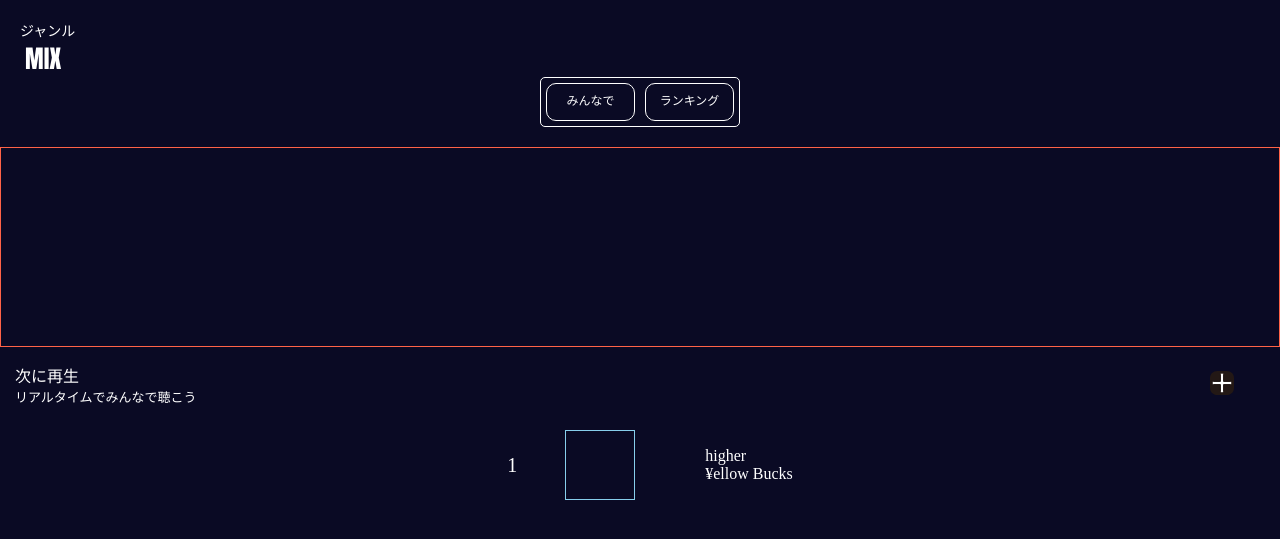
Repository: FujieRyou/2024_team
Page: /LoggedIn
An editor plug-in stored every save of this project. The page is shown before and after the next save, followed by the edit.
The browser window is 1280 px wide. The pictures show the whole page.
The project was rebuilt for these pictures with package versions that can differ from the ones it lists, and the page was loaded fresh each time. The framework's server and built-in components were replaced by stand-ins that run in the browser. Also part of the build but not shown: next.config.js.

Above is the page before, as saved 2024-01-10 11:19:29.

### src/pages/_app.jsx
import "@/styles/ress.css"
import '@/styles/index.css'

export default function App({ Component, pageProps }) {
  return <Component {...pageProps} />
}

### src/pages/LoggedIn.jsx
import React from 'react'

function LoggedIn (){
    return(
    <div id="container_wrap">
        <header>
            <div id="genre_wrap">ジャンル</div>
            <div id="mix_wrap">MIX</div>
            <div id="btn">
                <div class="everyone">みんなで</div>
                <div class="ranking">ランキング</div>
            </div>
        </header>
        <div id="main_img">
            <div class="scrollContent">
                <div class="scrollWrap">
                </div>
            </div>

        </div>
        <div id="maincontent_wrap">
            <div id="addition_wrap">
                    <p className='addition'>次に再生<br/><span>リアルタイムでみんなで聴こう</span></p>
                    <a href="">
                        <img src="./img/plusBtn.svg" alt="" />
                    </a>
            </div>
            <div id="songContent_wrap">
                <p class="song_num">1</p>
                <div id="song_wrap">
                    <div id="singer_wrap">
                        <p class="songtitle">higher</p>
                        <p class="singer">¥ellow Bucks</p>
                    </div>
                    <div class="song_img">
                    </div>
                </div>
            </div>
        </div>
    </div>
    )
}

export default LoggedIn

### src/styles/ress.css
/*!
 * ress.css • v4.0.0
 * MIT License
 * github.com/filipelinhares/ress
 */

/* # =================================================================
   # Global selectors
   # ================================================================= */

   html {
    box-sizing: border-box;
    -webkit-text-size-adjust: 100%; /* Prevent adjustments of font size after orientation changes in iOS */
    word-break: normal;
    -moz-tab-size: 4;
    tab-size: 4;
  }

  *,
  ::before,
  ::after {
    background-repeat: no-repeat; /* Set `background-repeat: no-repeat` to all elements and pseudo elements */
    box-sizing: inherit;
  }

  ::before,
  ::after {
    text-decoration: inherit; /* Inherit text-decoration and vertical align to ::before and ::after pseudo elements */
    vertical-align: inherit;
  }

  * {
    padding: 0; /* Reset `padding` and `margin` of all elements */
    margin: 0;
  }

  /* # =================================================================
     # General elements
     # ================================================================= */

  hr {
    overflow: visible; /* Show the overflow in Edge and IE */
    height: 0; /* Add the correct box sizing in Firefox */
    color: inherit; /* Correct border color in Firefox. */
  }

  details,
  main {
    display: block; /* Render the `main` element consistently in IE. */
  }

  summary {
    display: list-item; /* Add the correct display in all browsers */
  }

  small {
    font-size: 80%; /* Set font-size to 80% in `small` elements */
  }

  [hidden] {
    display: none; /* Add the correct display in IE */
  }

  abbr[title] {
    border-bottom: none; /* Remove the bottom border in Chrome 57 */
    /* Add the correct text decoration in Chrome, Edge, IE, Opera, and Safari */
    text-decoration: underline;
    text-decoration: underline dotted;
  }

  a {
    background-color: transparent; /* Remove the gray background on active links in IE 10 */
  }

  a:active,
  a:hover {
    outline-width: 0; /* Remove the outline when hovering in all browsers */
  }

  code,
  kbd,
  pre,
  samp {
    font-family: monospace, monospace; /* Specify the font family of code elements */
  }

  pre {
    font-size: 1em; /* Correct the odd `em` font sizing in all browsers */
  }

  b,
  strong {
    font-weight: bolder; /* Add the correct font weight in Chrome, Edge, and Safari */
  }

  /* https://gist.github.com/unruthless/413930 */
  sub,
  sup {
    font-size: 75%;
    line-height: 0;
    position: relative;
    vertical-align: baseline;
  }

  sub {
    bottom: -0.25em;
  }

  sup {
    top: -0.5em;
  }

  table {
    border-color: inherit; /* Correct border color in all Chrome, Edge, and Safari. */
    text-indent: 0; /* Remove text indentation in Chrome, Edge, and Safari */
  }

  /* # =================================================================
     # Forms
     # ================================================================= */

  input {
    border-radius: 0;
  }

  /* Replace pointer cursor in disabled elements */
  [disabled] {
    cursor: default;
  }

  [type='number']::-webkit-inner-spin-button,
  [type='number']::-webkit-outer-spin-button {
    height: auto; /* Correct the cursor style of increment and decrement buttons in Chrome */
  }

  [type='search'] {
    -webkit-appearance: textfield; /* Correct the odd appearance in Chrome and Safari */
    outline-offset: -2px; /* Correct the outline style in Safari */
  }

  [type='search']::-webkit-search-decoration {
    -webkit-appearance: none; /* Remove the inner padding in Chrome and Safari on macOS */
  }

  textarea {
    overflow: auto; /* Internet Explorer 11+ */
    resize: vertical; /* Specify textarea resizability */
  }

  button,
  input,
  optgroup,
  select,
  textarea {
    font: inherit; /* Specify font inheritance of form elements */
  }

  optgroup {
    font-weight: bold; /* Restore the font weight unset by the previous rule */
  }

  button {
    overflow: visible; /* Address `overflow` set to `hidden` in IE 8/9/10/11 */
  }

  button,
  select {
    text-transform: none; /* Firefox 40+, Internet Explorer 11- */
  }

  /* Apply cursor pointer to button elements */
  button,
  [type='button'],
  [type='reset'],
  [type='submit'],
  [role='button'] {
    cursor: pointer;
    color: inherit;
  }

  /* Remove inner padding and border in Firefox 4+ */
  button::-moz-focus-inner,
  [type='button']::-moz-focus-inner,
  [type='reset']::-moz-focus-inner,
  [type='submit']::-moz-focus-inner {
    border-style: none;
    padding: 0;
  }

  /* Replace focus style removed in the border reset above */
  button:-moz-focusring,
  [type='button']::-moz-focus-inner,
  [type='reset']::-moz-focus-inner,
  [type='submit']::-moz-focus-inner {
    outline: 1px dotted ButtonText;
  }

  button,
  html [type='button'], /* Prevent a WebKit bug where (2) destroys native `audio` and `video`controls in Android 4 */
  [type='reset'],
  [type='submit'] {
    -webkit-appearance: button; /* Correct the inability to style clickable types in iOS */
  }

  /* Remove the default button styling in all browsers */
  button,
  input,
  select,
  textarea {
    background-color: transparent;
    border-style: none;
  }

  a:focus,
  button:focus,
  input:focus,
  select:focus,
  textarea:focus {
    outline-width: 0;
  }

  /* Style select like a standard input */
  select {
    -moz-appearance: none; /* Firefox 36+ */
    -webkit-appearance: none; /* Chrome 41+ */
  }

  select::-ms-expand {
    display: none; /* Internet Explorer 11+ */
  }

  select::-ms-value {
    color: currentColor; /* Internet Explorer 11+ */
  }

  legend {
    border: 0; /* Correct `color` not being inherited in IE 8/9/10/11 */
    color: inherit; /* Correct the color inheritance from `fieldset` elements in IE */
    display: table; /* Correct the text wrapping in Edge and IE */
    max-width: 100%; /* Correct the text wrapping in Edge and IE */
    white-space: normal; /* Correct the text wrapping in Edge and IE */
    max-width: 100%; /* Correct the text wrapping in Edge 18- and IE */
  }

  ::-webkit-file-upload-button {
    /* Correct the inability to style clickable types in iOS and Safari */
    -webkit-appearance: button;
    color: inherit;
    font: inherit; /* Change font properties to `inherit` in Chrome and Safari */
  }

  /* # =================================================================
     # Specify media element style
     # ================================================================= */

  img {
    border-style: none; /* Remove border when inside `a` element in IE 8/9/10 */
  }

  /* Add the correct vertical alignment in Chrome, Firefox, and Opera */
  progress {
    vertical-align: baseline;
  }

  /* # =================================================================
     # Accessibility
     # ================================================================= */

  /* Specify the progress cursor of updating elements */
  [aria-busy='true'] {
    cursor: progress;
  }

  /* Specify the pointer cursor of trigger elements */
  [aria-controls] {
    cursor: pointer;
  }

  /* Specify the unstyled cursor of disabled, not-editable, or otherwise inoperable elements */
  [aria-disabled='true'] {
    cursor: default;
  }

### src/styles/index.css
html,body{
    width: 100vw;
    height: 100vh;
    background-color: #0A0A24;
    color: #fff;
}

nav{
    width: 100%;
    height: 81px;
    display: flex;
    justify-content: space-around;
    position: fixed;
    bottom: 0px;
    background-color: #0A0A24;
    border-top: solid 1px #8E8E8E;
}

.iconWrap{
    display: flex;
    flex-direction: column;
    align-items: center;
    justify-content: center;
}

.iconWrap a{
    display: flex;
    flex-direction: column;
    align-items: center;
    justify-content: center;
    text-decoration: none;
}

.iconWrap p{
    font-size: 10px;
    margin-top: 4px;
    color: #fff;
}

.loginWrap{
    width: 100vw;
    height: 100vh;
    padding-top: 200px;
}

.indexWrap{
    width: 100%;
    height: 100%;
}

/* h2{
    font-size: 64px;
    text-align: center;
    font-family: sans-serif;
    padding-top: 30px;
} */

.appName{
    font-size: 64px;
    text-align: center;
    font-family: sans-serif;
    padding-top: 30px;
    margin-top: 30px;
    color: #fff;
}

.signBtnWrap{
    width: 100%;
    height: auto;
}

.signBtn{
    display: flex;
    align-items: center;
    justify-content: center;
    width: 200px;
    height: 54px;
    border-radius: 30px;
    background-color: rgb(65, 243, 65);
    font-size: 16px;
    /* box-shadow: 3px 1px 3px 1px rgb(235, 235, 235); */
    margin: 0 auto;
    margin-top: 280px;
    color: #000;
    text-decoration: none;
}

.logoBox{
    width: 64px;
    height: 64px;
    background-color: gray;
    color: #fff;
    margin: 0 auto;
    display: flex;
    justify-content: center;
    align-items: center;
}

h2{
    text-align: center;
}

.searchWrap{
    margin-top: 69px;
    margin-bottom: 11px;
    padding: 0px 13px;
}

.searchTxt{
    width: 100%;
    height: 40px;
    border: solid 1px #000;
    background-color: #28376C;
    color: #fff;
    padding: 7px 18px;
    border-radius: 13px;

}

.searchBtn{
    width: 64px;
    height: 32px;
    background-color: aquamarine;
}

.searchResults{
    display: flex;
    gap: 8px;
    width: 100%;
    height: 88px;
    padding: 8px;
    overflow: hidden;
}

.searchResultsImg{
    width: 80px;
    height: 80px;
}

.searchResultsTxt p{
    width: 288px;
    font-size: 14px;
}

.genreWrap{
    padding: 0px 21px;
}

.genreWrap p{
    padding-left: 74px;
    margin-bottom: 12px;
}

.genruBtnWrap{
    display: flex;
    flex-wrap: wrap;
    padding: 0px 8px;
    gap: 16px 12px;
    margin: 0 auto;
}

.genruBtnWrap > button{
    width: 172px;
    height: 86px;
    background-color: #F42C2C;
    border-radius: 10px;
}

#genre_wrap{
    padding-top: 20px;
    align-items: center;
    color: #fff;
    font-size: 14px;
    margin-left: 20px;
    font-family: 'Noto Sans JP', sans-serif;
}

/* MIX */
#mix_wrap{
    font-size: 25px;
    font-family:Impact, Haettenschweiler, 'Arial Narrow Bold', sans-serif;
    margin-left: 25px;
}

/*genre btn*/
#btn{
    display: flex;
    justify-content: center;
    align-items: center;
    width: 200px;
    height: 50px;
    border: solid 1px #fff;
    border-radius: 5px;
    margin: 0 auto;
    text-align: center;
    margin-bottom: 20px;
}

.everyone{
    width: 80%;
    height: 80%;
    line-height: 35px;
    margin:0 5px;
    border: solid 1px #fff;
    border-radius: 10px;
    font-size: 12px;
    font-family:  'Noto Sans JP', sans-serif;
}

.ranking{
    width: 80%;
    height: 80%;
    line-height: 35px;
    margin:0 5px;
    border: solid 1px #fff;
    border-radius: 10px;
    font-size: 12px;
    font-family:  'Noto Sans JP', sans-serif;;
}


/*main*/
#main_img{
    width: 100%;
    height: 200px;
    border: solid 1px tomato;
    margin: 0 auto;

}

/*見出し*/
#addition_wrap{
    width: 100%;
    margin-top: 16px;
    margin-bottom: 24px;
    padding: 0px 46px 0px 15px;
    display: flex;
    align-items: center;
    justify-content: space-between;
}
.addition{
    font-size: 16px;
    font-family:  'Noto Sans JP', sans-serif;
}
.addition > span{
    font-size: 13px;
}
.dli-plus {
    display: inline-block;
    vertical-align: middle;
    justify-content: center;
    color: #fff;
    line-height: 20px;
    width: 1.5rem;
    height:0.15rem;
    background: #efefef;
    border-radius: 1rem;
    position: relative;
    top:24px;
    left:10px;
}

.dli-plus::before {
    content: '';
    position: absolute;
    top: 0;
    left: 0;
    width: 100%;
    height: 100%;
    background: inherit;
    border-radius: inherit;
    transform: rotate(90deg);

}
#addition_wrap{
    display: flex;
}
#addition_wrap  .back{
    display: block;
    background: #231815;
    width: 35px;
    height:35px;
    border-radius: 25%;
    margin-right: 50px;
}
.addition-text{
    font-size: 30px;
    font-family:'Noto Sans JP', sans-serif;

}

#plus_btn{
    /* align-items: center; */
    margin-left:220px;
    margin-top: -18px;
}

/*music list*/
#songContent_wrap{
    display: flex;
    justify-content: center;
    align-items: center;
    margin-bottom: 15px;
}

.song_num{
    font-size: 20px;
    margin: 0 20px;
}

#song_wrap{
    display: flex;
    flex-direction: row-reverse;
    gap: 70px;
    justify-content: center;
    align-items: center;
}


.song_img{
    border: solid 1px skyblue;
    width: 70px;
    height: 70px;
    margin-left: 28px;
}
.button_wrap{
    display: flex;
    flex-direction: column;
}
.button{
    width: 20px;
    height: 20px;
    border-radius: 50%;
    background-color: #d9d9d9;
    display: flex;
    justify-content: center;
}

.button p{
    display: flex;
    justify-content: center;
    align-items: center;
    text-align: center;
    gap: 3px;
}

.button p span{
    width: 3px;
    height: 3px;
    border-radius: 50%;
    background-color: #000;

}

Loaded but not shown: src/pages/_document.jsx (common file)

After the next save:
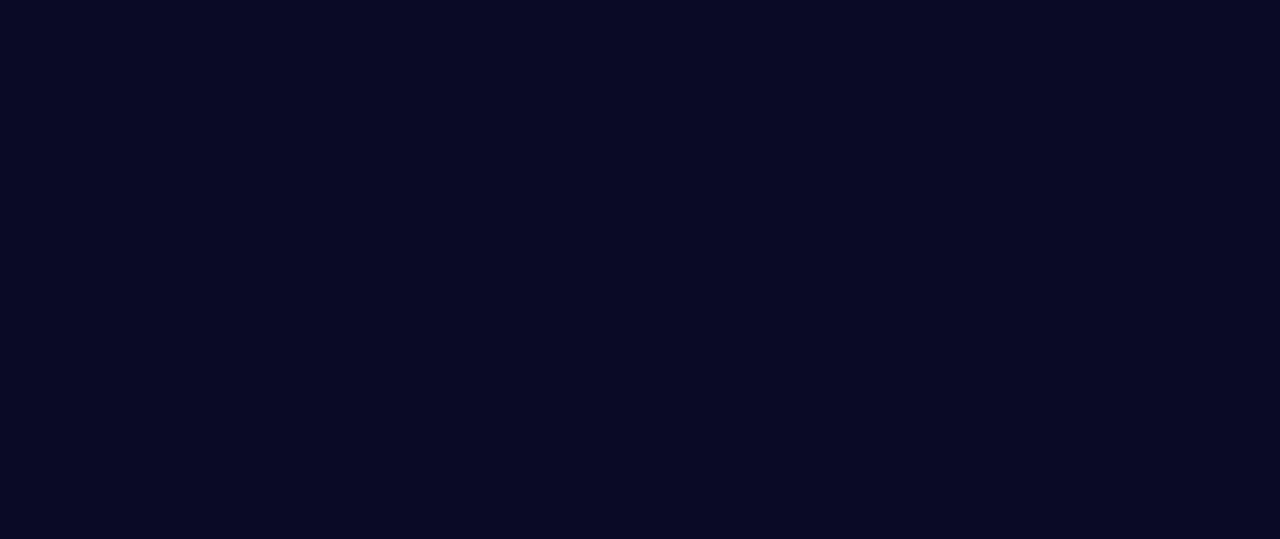
Saved 105 s later.
--- a/src/pages/LoggedIn.jsx
+++ b/src/pages/LoggedIn.jsx
@@ -3,7 +3,7 @@
 function LoggedIn (){
     return(
     <div id="container_wrap">
-        <header>
+        {/* <header>
             <div id="genre_wrap">ジャンル</div>
             <div id="mix_wrap">MIX</div>
             <div id="btn">
@@ -36,7 +36,7 @@
                     </div>
                 </div>
             </div>
-        </div>
+        </div> */}
     </div>
     )
 }

After the save that followed:
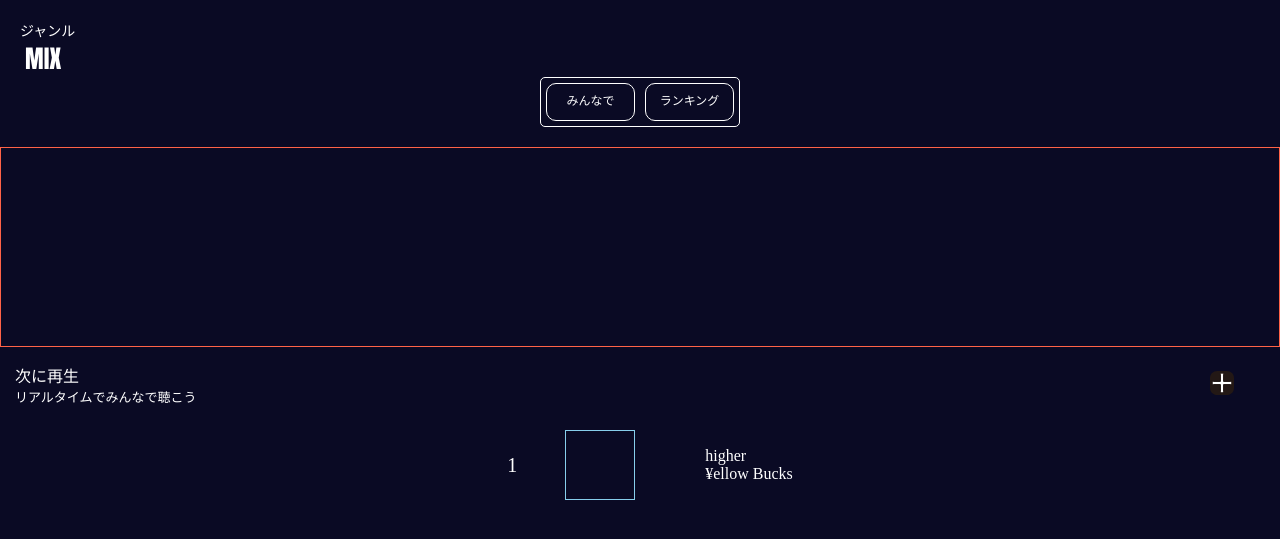
Saved 17 s later.
--- a/src/pages/LoggedIn.jsx
+++ b/src/pages/LoggedIn.jsx
@@ -3,7 +3,7 @@
 function LoggedIn (){
     return(
     <div id="container_wrap">
-        {/* <header>
+        <header>
             <div id="genre_wrap">ジャンル</div>
             <div id="mix_wrap">MIX</div>
             <div id="btn">
@@ -36,7 +36,7 @@
                     </div>
                 </div>
             </div>
-        </div> */}
+        </div>
     </div>
     )
 }
